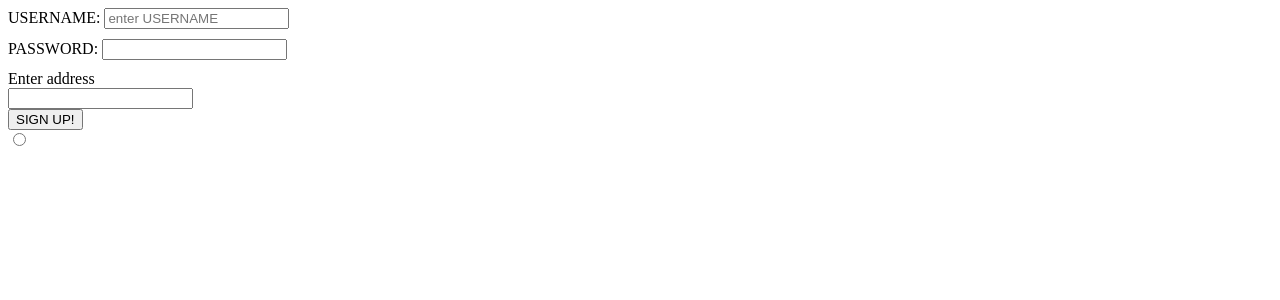
Repository: mirambialex/myform
Page: website/INDEX.HTML
These files come from the project's save history. The page is drawn as it stood at one moment and after a run of saves; the edit follows.
The browser window is 1280 px wide. The pictures show the whole page.

Above is the page before, as saved 2024-04-11 09:53:24.

After the next 2 saves:
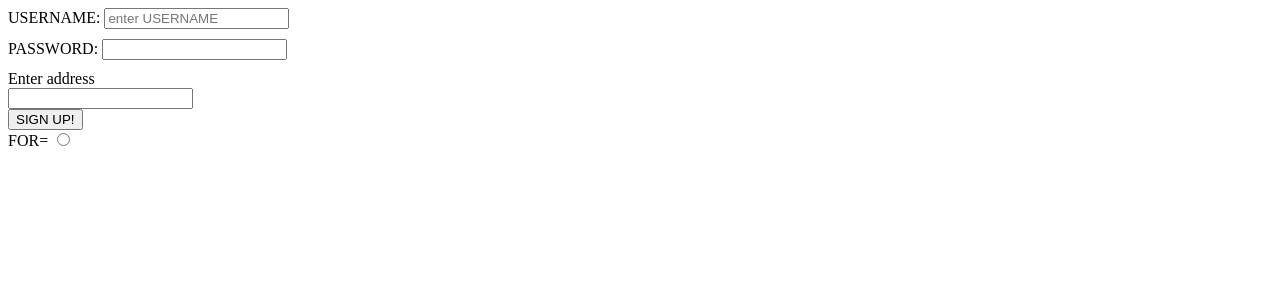
The 2 saves are shown as one change because they came seconds apart.
The last was saved 12 s later.
--- a/website/INDEX.HTML
+++ b/website/INDEX.HTML
@@ -13,7 +13,7 @@
  Enter address <br/>
 <DIV CLASS="B"><input type="text" name="enter your address"></DIV>
 <DIV class="C"><BUTTon>SIGN UP!</BUTTon></DIV>
-<LAbel></LAbel>
+<LAbel> FOR=</LAbel>
 <INPUT type="radio" ID="GENDER" name="GENDER" VALUE="MALE/>"
  </body>
 </html>

After the save that followed:
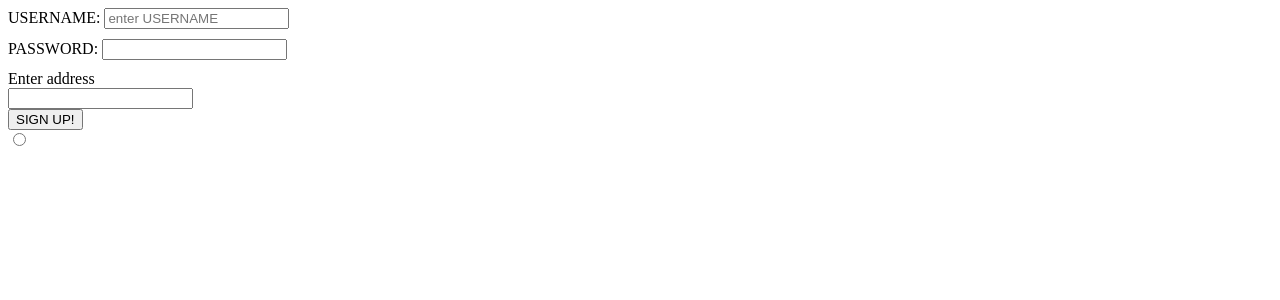
Saved 10 s later.
--- a/website/INDEX.HTML
+++ b/website/INDEX.HTML
@@ -13,7 +13,7 @@
  Enter address <br/>
 <DIV CLASS="B"><input type="text" name="enter your address"></DIV>
 <DIV class="C"><BUTTon>SIGN UP!</BUTTon></DIV>
-<LAbel> FOR=</LAbel>
+<LAbel> </LAbel>
 <INPUT type="radio" ID="GENDER" name="GENDER" VALUE="MALE/>"
  </body>
 </html>
